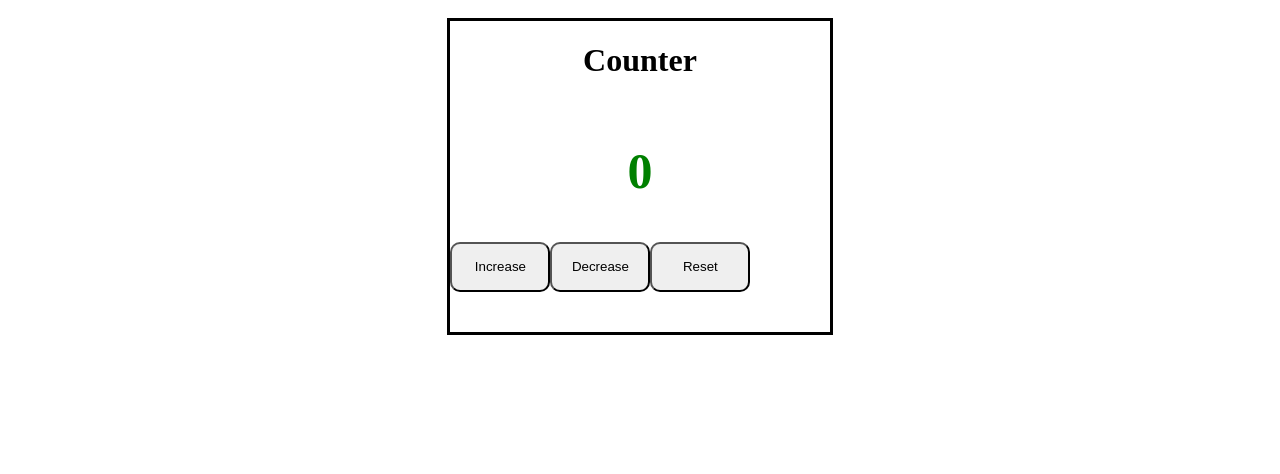
Repository: Sarah7223/internet-programming-tp
Page: TP4/TP04.3.html
These files come from the project's save history. The page is drawn as it stood at one moment and after the next save; the edit follows.
The browser window is 1280 px wide. The pictures show the whole page.

Above is the page before, as saved 2023-02-03 09:42:01.

After the next save:
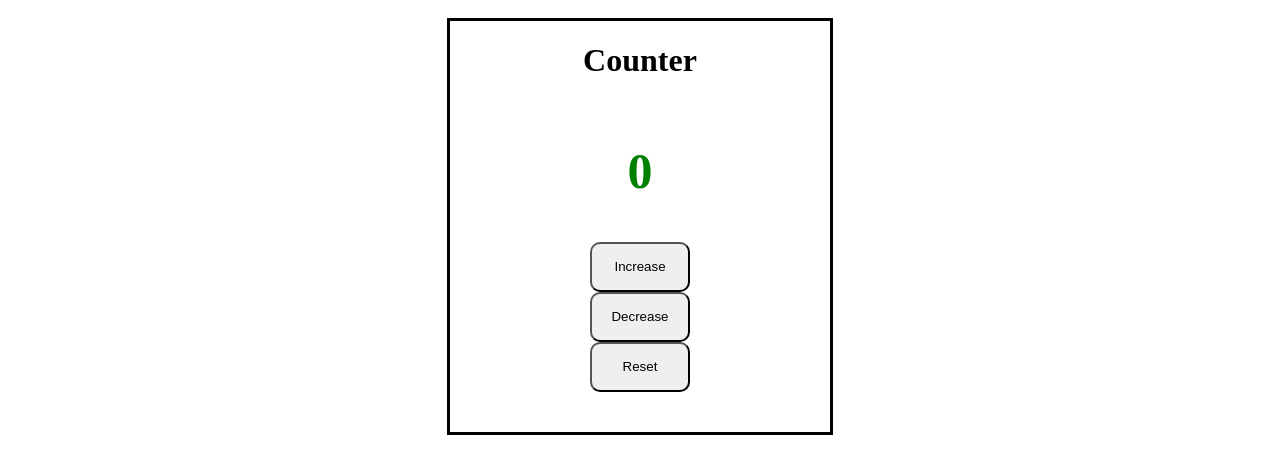
Saved 52 s later.
--- a/TP4/TP04.3.html
+++ b/TP4/TP04.3.html
@@ -13,6 +13,9 @@
                 display:flex;
                 width:100%;
                 margin-bottom: 40px;
+                justify-content: space-between;
+                flex-direction: column;
+                align-items: center;
                 /*space-between;*/
             }
             h2{
